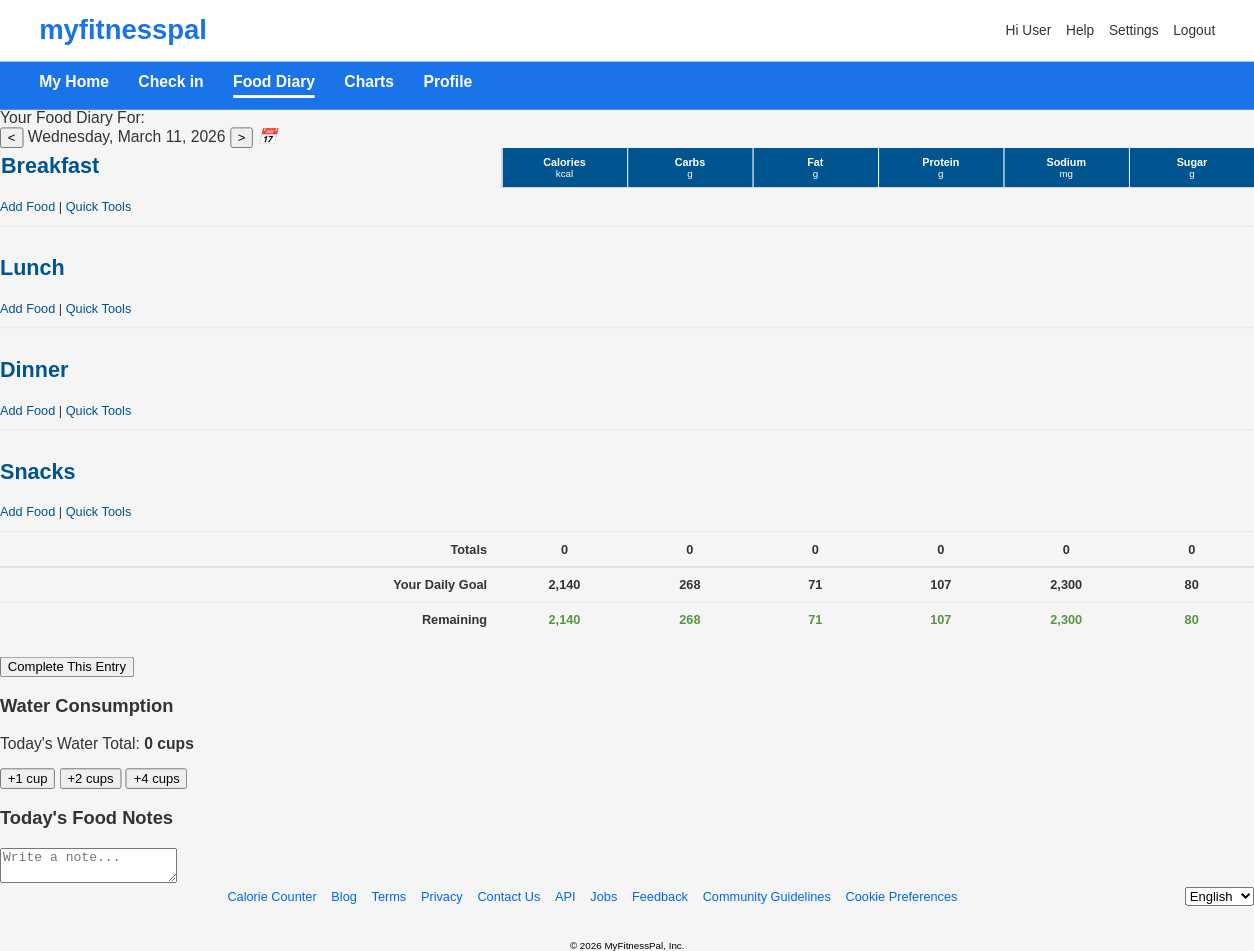
Repository: kem85/Web-Project
Page: Food-Diary.html
The author's editor kept a copy of each file at every save. The page is drawn from the files as they stood at one save, then again after the next save.
The browser window is 1280 px wide. The pictures show the whole page, at 98% of full size.

Above is the page before, as saved 2026-03-11 15:07:02.

### Food-Diary.html
<!doctype html>
<html lang="en">
  <head>
    <meta charset="UTF-8" />
    <title>Fitness Tracker VY</title>

    <link rel="stylesheet" href="style.css" />
  </head>

  <body>
    <!-- HEADER -->

    <header class="header">
      <div class="logo">
        <h1><a href="index.html">myfitnesspal</a></h1>
      </div>

      <div class="user-section">
        <span>Hi <span id="username">User</span></span>

        <a href="#">Help</a>
        <a href="#">Settings</a>
        <a href="#">Logout</a>
      </div>
    </header>

    <!-- NAVBAR -->

    <nav class="navbar">
      <ul>
        <li><a href="index.html">My Home</a></li>
        <li><a href="Check-In.html">Check in</a></li>
        <li class="active"><a href="Food-Diary.html">Food Diary</a></li>
        <li>Charts</li>
        <li>Profile</li>
      </ul>
    </nav>

    <main class="diary-container">
      <header class="diary-header">
        <span>Your Food Diary For:</span>
        <div class="date-controls">
          <button>&lt;</button>
          <span class="current-date">Wednesday, March 11, 2026</span>
          <button>&gt;</button>
          <i class="calendar-icon">📅</i>
        </div>
      </header>

      <table class="dashboard">
        <thead>
          <tr>
            <th class="meal-col">Breakfast</th>
            <th>
              Calories <br />
              <small>kcal</small>
            </th>
            <th>
              Carbs <br />
              <small>g</small>
            </th>
            <th>
              Fat <br />
              <small>g</small>
            </th>
            <th>
              Protein <br />
              <small>g</small>
            </th>
            <th>
              Sodium <br />
              <small>mg</small>
            </th>
            <th>
              Sugar <br />
              <small>g</small>
            </th>
          </tr>
        </thead>

        <tbody>
          <tr class="action-row">
            <td><a href="#">Add Food</a> | <a href="#">Quick Tools</a></td>
            <td></td>
            <td></td>
            <td></td>
            <td></td>
            <td></td>
            <td></td>
          </tr>

          <tr class="section-header">
            <td colspan="7">Lunch</td>
          </tr>
          <tr class="action-row">
            <td><a href="#">Add Food</a> | <a href="#">Quick Tools</a></td>
            <td></td>
            <td></td>
            <td></td>
            <td></td>
            <td></td>
            <td></td>
          </tr>

          <tr class="section-header">
            <td colspan="7">Dinner</td>
          </tr>
          <tr class="action-row">
            <td><a href="#">Add Food</a> | <a href="#">Quick Tools</a></td>
            <td></td>
            <td></td>
            <td></td>
            <td></td>
            <td></td>
            <td></td>
          </tr>

          <tr class="section-header">
            <td colspan="7">Snacks</td>
          </tr>
          <tr class="action-row">
            <td><a href="#">Add Food</a> | <a href="#">Quick Tools</a></td>
            <td></td>
            <td></td>
            <td></td>
            <td></td>
            <td></td>
            <td></td>
          </tr>
        </tbody>

        <tfoot>
          <tr class="totals-row">
            <td class="label">Totals</td>
            <td>0</td>
            <td>0</td>
            <td>0</td>
            <td>0</td>
            <td>0</td>
            <td>0</td>
          </tr>
          <tr class="goal-row">
            <td class="label">Your Daily Goal</td>
            <td>2,140</td>
            <td>268</td>
            <td>71</td>
            <td>107</td>
            <td>2,300</td>
            <td>80</td>
          </tr>
          <tr class="remaining-row">
            <td class="label">Remaining</td>
            <td class="positive">2,140</td>
            <td class="positive">268</td>
            <td class="positive">71</td>
            <td class="positive">107</td>
            <td class="positive">2,300</td>
            <td class="positive">80</td>
          </tr>
        </tfoot>
      </table>

      <div class="complete-entry">
        <button class="btn-complete">Complete This Entry</button>
      </div>

      <section class="diary-widgets">
        <div class="water-consumption">
          <h3>Water Consumption</h3>
          <p>Today's Water Total: <strong>0 cups</strong></p>
          <div class="water-graphic"></div>
          <div class="quick-add">
            <button>+1 cup</button> <button>+2 cups</button>
            <button>+4 cups</button>
          </div>
        </div>

        <div class="food-notes">
          <h3>Today's Food Notes</h3>
          <textarea placeholder="Write a note..."></textarea>
        </div>
      </section>
    </main>

    <script src="script.js"></script>

    <footer class="main-footer">
      <div class="footer-container">
        <nav class="footer-links">
          <a href="#">Calorie Counter</a>
          <a href="#">Blog</a>
          <a href="#">Terms</a>
          <a href="#">Privacy</a>
          <a href="#">Contact Us</a>
          <a href="#">API</a>
          <a href="#">Jobs</a>
          <a href="#">Feedback</a>
          <a href="#">Community Guidelines</a>
          <a href="#">Cookie Preferences</a>
        </nav>

        <div class="footer-lang">
          <select>
            <option>English</option>
            <option>Español</option>
          </select>
        </div>
      </div>
      <div class="footer-copyright">© 2026 MyFitnessPal, Inc.</div>
    </footer>
  </body>
</html>

### style.css
/* =======================
   GENERAL STYLES
======================= */

body{
font-family: Arial, sans-serif;
margin:0;
background:#f5f5f5;
color:#333;
}

a{
text-decoration:none;
color:inherit;
}



/* =======================
   HEADER
======================= */

.header{
display:flex;
justify-content:space-between;
align-items:center;
padding:15px 40px;
background:white;
border-bottom:1px solid #ddd;
}

.logo h1{
color:#1a73e8;
margin:0;
font-size:28px;
}

.logo a{
text-decoration:none;
color:#1a73e8;
cursor:pointer;
}

.logo a:hover{
opacity:0.8;
}

.user-section{
display:flex;
align-items:center;
gap:15px;
font-size:14px;
}



/* =======================
   NAVBAR
======================= */

.navbar{
background:#1a73e8;
padding:12px 40px;
}

.navbar ul{
display:flex;
gap:30px;
list-style:none;
margin:0;
padding:0;
}

.navbar li{
color:white;
font-weight:bold;
cursor:pointer;
}

.navbar li:hover{
opacity:0.8;
}


/* navbar links */

.navbar a{
color:white;
text-decoration:none;
}

/* hover effect */

.navbar li:hover{
opacity:0.8;
cursor:pointer;
}

/* active page */

.navbar .active{
border-bottom:3px solid white;
padding-bottom:4px;
}


/* =======================
   PAGE TITLE
======================= */



.user-img{
width:50px;
height:50px;
border-radius:50%;
}

.dashboard{
display:flex;
gap:40px;
padding:40px;
}
/* =========================================
   MAIN FOOD TABLE (.dashboard) - FIXED
   ========================================= */
.dashboard {
  display: table !important; /* Forces table layout */
  width: 100%;
  border-collapse: collapse;
  margin-bottom: 20px;
}

.dashboard thead { display: table-header-group !important; }
.dashboard tbody { display: table-row-group !important; }
.dashboard tfoot { display: table-footer-group !important; }
.dashboard tr { display: table-row !important; }
.dashboard th, .dashboard td { display: table-cell !important; }

/* Enforce precise column widths */
.dashboard th:first-child,
.dashboard td:first-child {
  width: 40%;       /* Makes the Meal column wide */
  text-align: left;
}

.dashboard th:not(:first-child),
.dashboard td:not(:first-child) {
  width: 10%;       /* Distributes the 6 macro columns evenly */
  text-align: center;
}

/* -----------------------------------------
   Headers & Sections
   ----------------------------------------- */
/* Breakfast Header */
.dashboard thead th.meal-col {
  color: #00548f;
  font-size: 22px;
  font-weight: bold;
  vertical-align: bottom;
  padding-bottom: 8px;
}

/* Blue Macro Headers */
.dashboard thead th:not(.meal-col) {
  background-color: #00548f;
  color: white;
  font-size: 11px;
  font-weight: bold;
  padding: 8px 0;
  border-left: 1px solid #fff; /* White line separation */
  vertical-align: middle;
}

.dashboard thead th small {
  font-weight: normal;
  font-size: 10px;
}

/* Lunch, Dinner, Snacks Headers */
.section-header td {
  color: #00548f;
  font-size: 22px;
  font-weight: bold;
  padding: 30px 0 8px 0;
  border-bottom: none;
}

/* -----------------------------------------
   Action Rows (Add Food | Quick Tools)
   ----------------------------------------- */
.action-row td {
  padding: 12px 0;
  border-bottom: 1px solid #eaeaea; /* Light gray line under each section */
}

.action-row td:first-child {
  font-size: 13px;
}

.action-row a {
  color: #00548f;
  text-decoration: none;
}

.action-row a:hover {
  text-decoration: underline;
}

/* -----------------------------------------
   TABLE FOOTER (Totals & Goals)
   ----------------------------------------- */
.dashboard tfoot td {
  padding: 10px 5px;
  font-size: 13px;
  font-weight: bold;
}

/* Right-align the labels (Totals, Your Daily Goal, Remaining) */
.dashboard tfoot .label {
  text-align: right;
  padding-right: 15px;
  color: #333;
}

/* Gray background for the Totals row */
.totals-row td {
  background-color: #f6f6f6;
  border-top: 1px solid #ccc;
  border-bottom: 1px solid #ccc;
}

.goal-row td {
  border-bottom: 1px solid #eaeaea;
}

/* MFP Green text for Remaining values */
.remaining-row .positive {
  color: #589442;
}

/*Footer*/
.main-footer {
    height:100%;
    width: 100%;
}
.footer-container {
    display: flex;
    align-items: center;
    width: 100%;
}

.footer-links {
    flex: 1;
    display: flex;
    flex-wrap: wrap;
    justify-content: center;
    gap: 15px;

}

.footer-links a {
    color: #0066ee;
    text-decoration: none;
    font-size: 13px;
}

.footer-links a:hover {
    opacity: 0.8;
}
.footer-copyright {
    text-align: center;
    color: black;
    font-size: 10px;
    margin-top: 35px;
}
.footer-lang {
    margin-left: auto;
}

Loaded but not shown: index/script.js (no copy from this time; the picture is the same without it)

After the next save:
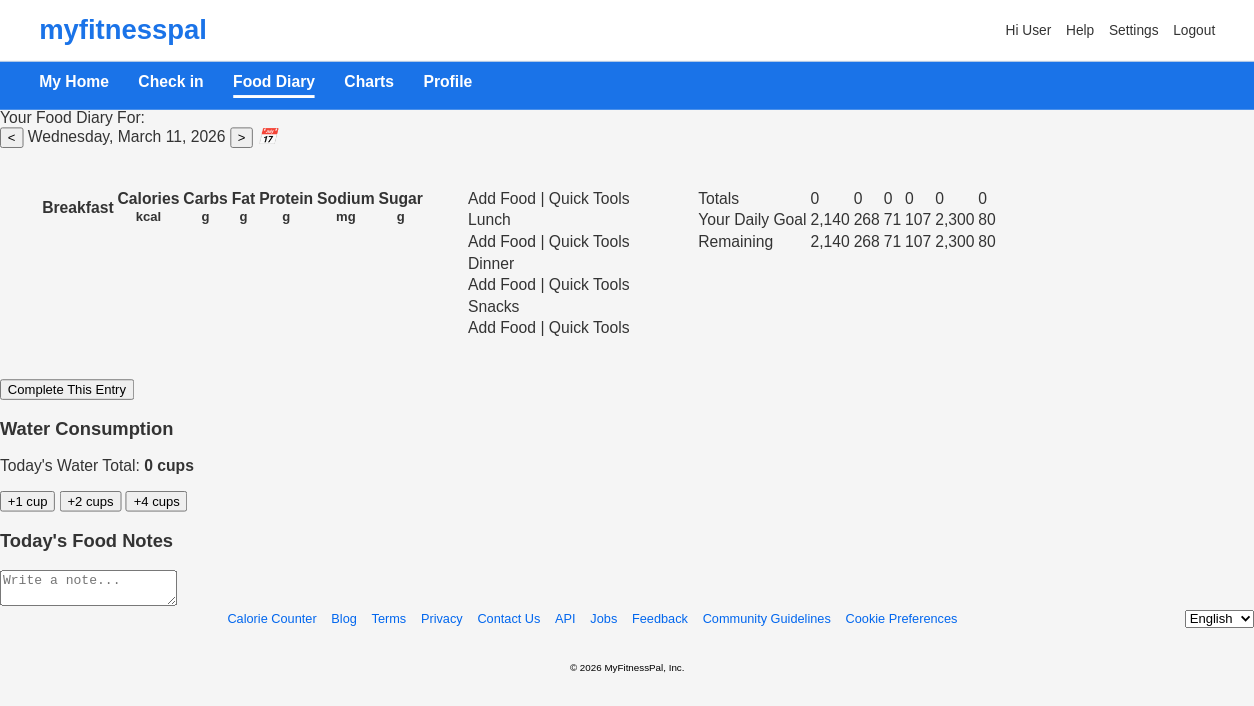
Saved 6 s later.
--- a/style.css
+++ b/style.css
@@ -121,124 +121,7 @@
 gap:40px;
 padding:40px;
 }
-/* =========================================
-   MAIN FOOD TABLE (.dashboard) - FIXED
-   ========================================= */
-.dashboard {
-  display: table !important; /* Forces table layout */
-  width: 100%;
-  border-collapse: collapse;
-  margin-bottom: 20px;
-}
 
-.dashboard thead { display: table-header-group !important; }
-.dashboard tbody { display: table-row-group !important; }
-.dashboard tfoot { display: table-footer-group !important; }
-.dashboard tr { display: table-row !important; }
-.dashboard th, .dashboard td { display: table-cell !important; }
-
-/* Enforce precise column widths */
-.dashboard th:first-child,
-.dashboard td:first-child {
-  width: 40%;       /* Makes the Meal column wide */
-  text-align: left;
-}
-
-.dashboard th:not(:first-child),
-.dashboard td:not(:first-child) {
-  width: 10%;       /* Distributes the 6 macro columns evenly */
-  text-align: center;
-}
-
-/* -----------------------------------------
-   Headers & Sections
-   ----------------------------------------- */
-/* Breakfast Header */
-.dashboard thead th.meal-col {
-  color: #00548f;
-  font-size: 22px;
-  font-weight: bold;
-  vertical-align: bottom;
-  padding-bottom: 8px;
-}
-
-/* Blue Macro Headers */
-.dashboard thead th:not(.meal-col) {
-  background-color: #00548f;
-  color: white;
-  font-size: 11px;
-  font-weight: bold;
-  padding: 8px 0;
-  border-left: 1px solid #fff; /* White line separation */
-  vertical-align: middle;
-}
-
-.dashboard thead th small {
-  font-weight: normal;
-  font-size: 10px;
-}
-
-/* Lunch, Dinner, Snacks Headers */
-.section-header td {
-  color: #00548f;
-  font-size: 22px;
-  font-weight: bold;
-  padding: 30px 0 8px 0;
-  border-bottom: none;
-}
-
-/* -----------------------------------------
-   Action Rows (Add Food | Quick Tools)
-   ----------------------------------------- */
-.action-row td {
-  padding: 12px 0;
-  border-bottom: 1px solid #eaeaea; /* Light gray line under each section */
-}
-
-.action-row td:first-child {
-  font-size: 13px;
-}
-
-.action-row a {
-  color: #00548f;
-  text-decoration: none;
-}
-
-.action-row a:hover {
-  text-decoration: underline;
-}
-
-/* -----------------------------------------
-   TABLE FOOTER (Totals & Goals)
-   ----------------------------------------- */
-.dashboard tfoot td {
-  padding: 10px 5px;
-  font-size: 13px;
-  font-weight: bold;
-}
-
-/* Right-align the labels (Totals, Your Daily Goal, Remaining) */
-.dashboard tfoot .label {
-  text-align: right;
-  padding-right: 15px;
-  color: #333;
-}
-
-/* Gray background for the Totals row */
-.totals-row td {
-  background-color: #f6f6f6;
-  border-top: 1px solid #ccc;
-  border-bottom: 1px solid #ccc;
-}
-
-.goal-row td {
-  border-bottom: 1px solid #eaeaea;
-}
-
-/* MFP Green text for Remaining values */
-.remaining-row .positive {
-  color: #589442;
-}
 
 /*Footer*/
 .main-footer {
